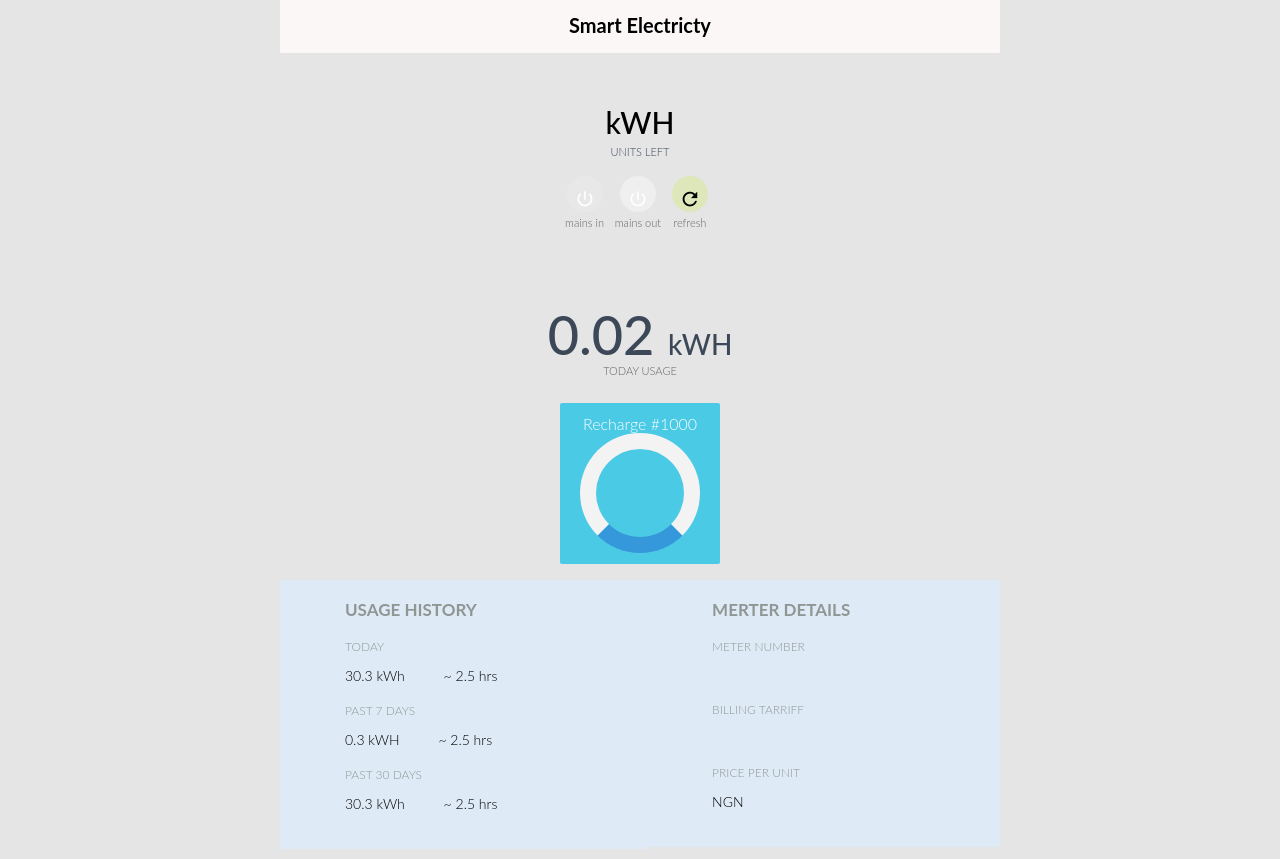
Repository: stefnnT/eko-smart-meter-hackathon
Page: subscriber.html
The author's editor kept a copy of each file at every save. The page is drawn from the files as they stood at one save, then again after a run of saves.
The browser window is 1280 px wide. The pictures show the whole page.
The page's requests for data from a server got no answer. Some web libraries are served in a nearby version.

Above is the page before, as saved 2020-09-04 13:31:53.
Not found: assets/assets-for-demo/vertical-nav.css

After the next 2 saves:
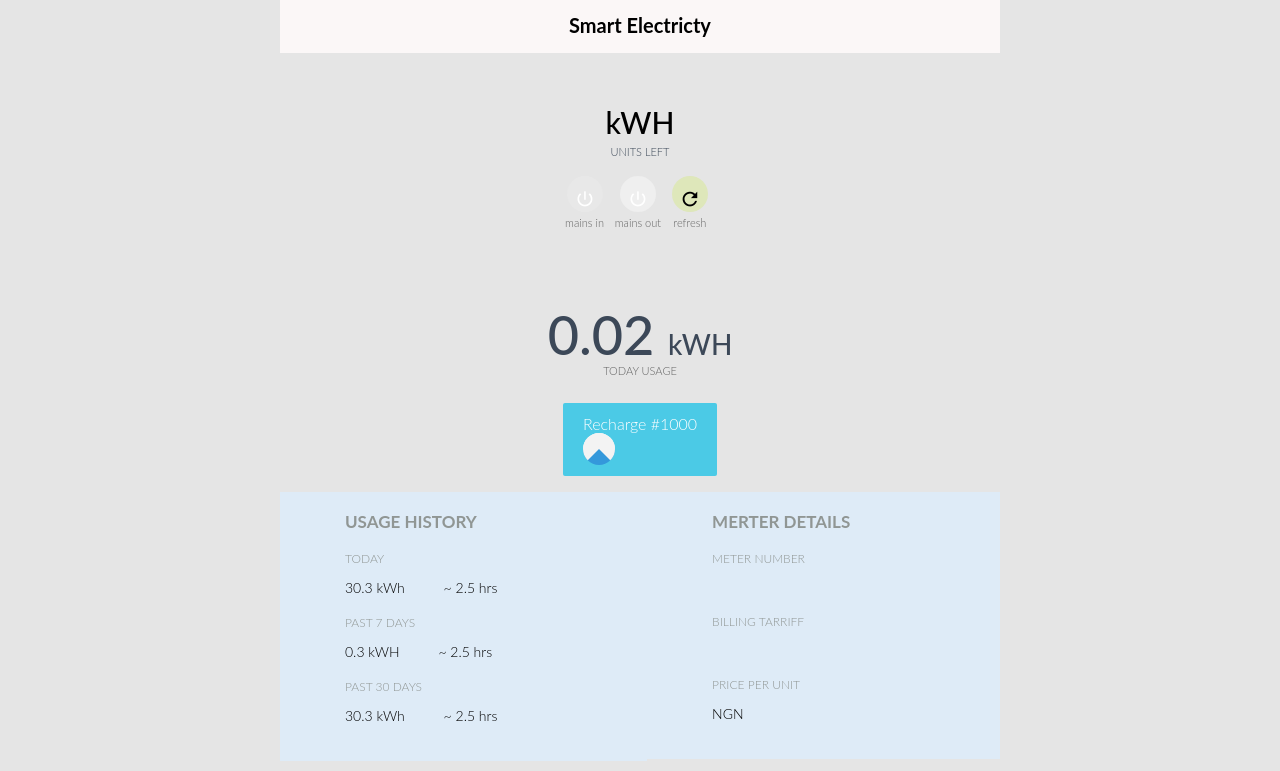
The 2 saves are shown as one change because they came seconds apart.
The last was saved 63 s later.
--- a/style2.css
+++ b/style2.css
@@ -660,8 +660,8 @@ button.dashboard__summary-icon {
   border: 16px solid #f3f3f3; /* Light grey */
   border-top: 16px solid #3498db; /* Blue */
   border-radius: 50%;
-  width: 120px;
-  height: 120px;
+  width: 12px;
+  height: 12px;
   animation: spin 2s linear infinite;
 }
 
